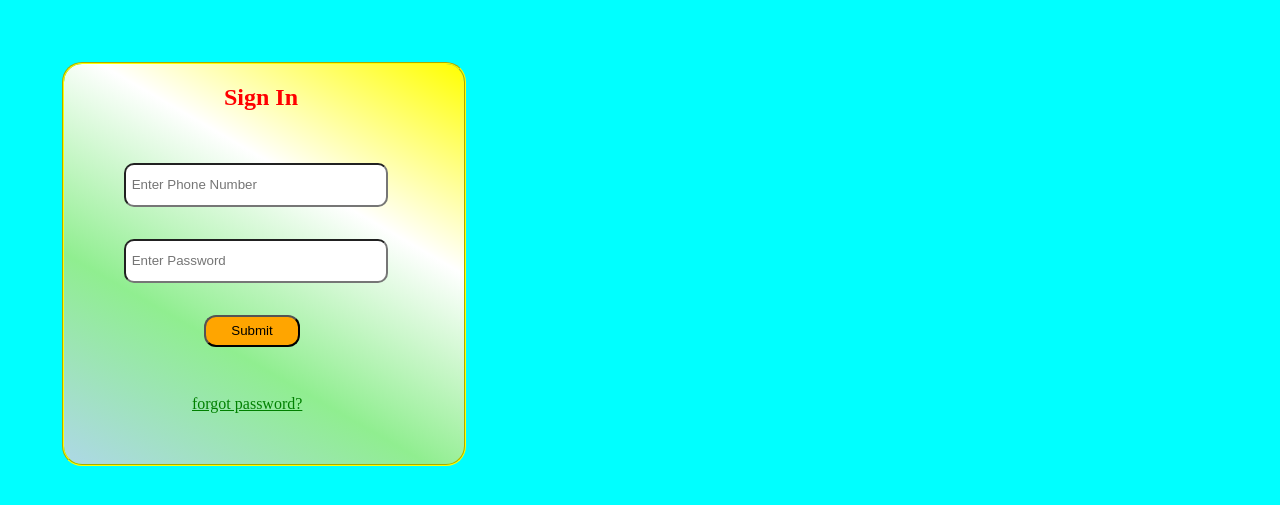
Repository: Amani-Kibet/express-app-web
Page: public/Card.html
The author's editor kept a copy of each file at every save. The page is drawn from the files as they stood at one save, then again after the next save.
The browser window is 1280 px wide. The pictures show the whole page.

Above is the page before, as saved 2025-09-25 21:33:21.

### public/Card.html
<!DOCTYPE html>
<head>
  <title> Login Page</title>
  <style>
  #board{
    background: linear-gradient(30deg, lightblue, lightgreen, white, yellow);
    width: 25rem;
    height: 25rem;
    border-radius: 18px;
    outline: 2px groove yellow;
    position: absolute;
    top: 4rem;
    left: 4rem;
  }
  h2{
    color: red;
    position: relative;
    left: 10rem
  }
  .inputs{
    width: 16rem;
    height: 38px;
    position: relative;
    left: 60px;
    margin-top: 2rem;
    border-radius: 10px;
    color: blue;
    font-style: bold;
  }
  #submit{
    background: orange;
    position: relative;
    width: 6rem;
    height: 2rem;
    top: 70px;
    right: 8rem;
    border-radius: 12px;
  }
  #link1{
    position: relative;
    top: 7rem;
    left: 8rem;
    color: green;
  }
  </style>
</head>
<body bgColor="cyan">
  <div id="board">
    <h2>Sign In</h2>
    <input type="number" class="inputs" id="phoneI" placeholder=" Enter Phone Number">
    <input type="password" class="inputs" id="passI" placeholder=" Enter Password">
  <button id="submit">Submit</button>
  <a id="link1" href="http:localhost3000">forgot password?<a>
  </div>
</body>
<script>
  let input1= document.getElementById("input1");
  let btn1= document.getElementById("btn1");

  function f1(){
    let file= input1.files[0];
    let env= new FormData();
    env.append("image", file)

    fetch("http://localhost:3000/path1", {
      method: "POST",
      body: env
    })
  }


</script>
</html>

After the next save:
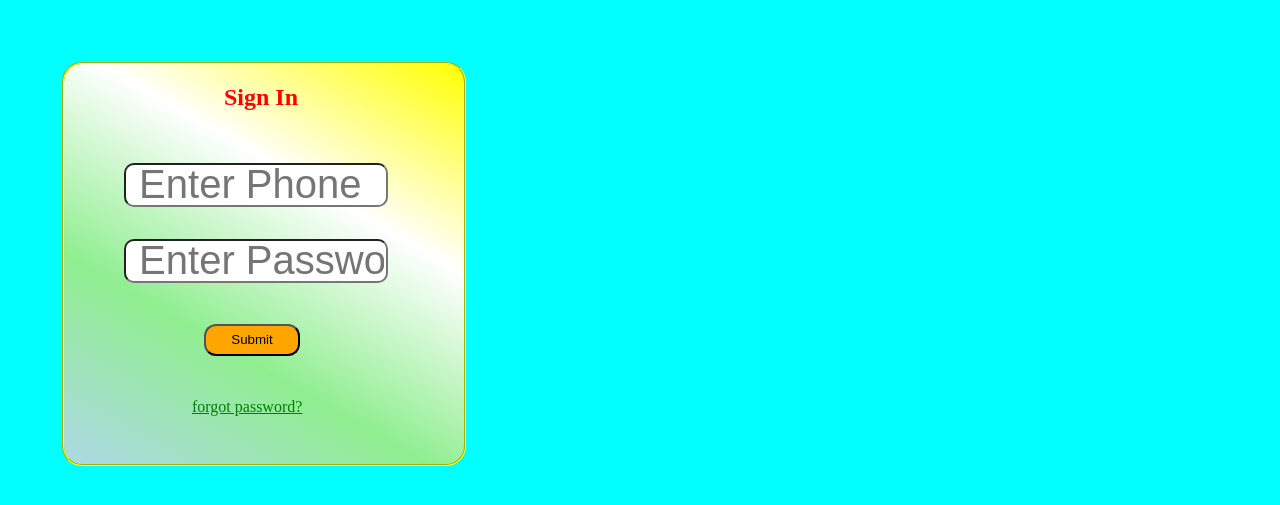
Saved 32 s later.
--- a/public/Card.html
+++ b/public/Card.html
@@ -25,7 +25,7 @@
     margin-top: 2rem;
     border-radius: 10px;
     color: blue;
-    font-style: bold;
+    font-size: 40px
   }
   #submit{
     background: orange;
